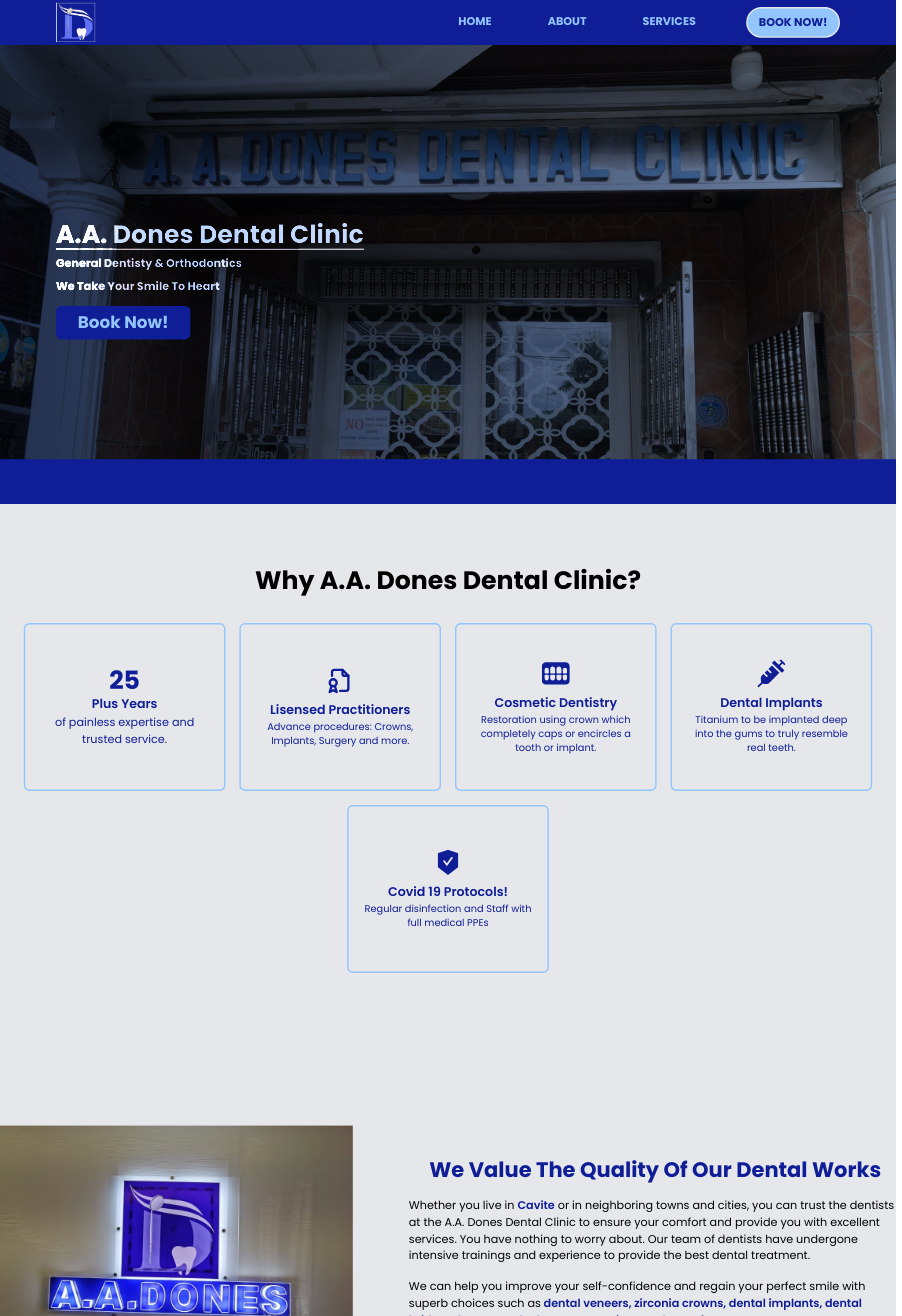
Repository: tom-abella/Dental-Clinic-Scheduler
Page: /
An editor plug-in stored every save of this project. The page is shown before and after a run of saves, followed by the edit.
The browser window is 1280 px wide. The page is 1288 px wide, so the pictures cover 1288 px, including what lies to the right of the window. The pictures show the part of the page from y = 0 to 1880 px (the page is 3264 px tall), at 70% of full size.
The project was rebuilt for these pictures with package versions that can differ from the ones it lists, and the page was loaded fresh each time. Also part of the build but not shown: vite.config.js.

Above is the page before, as saved 2023-06-16 12:53:35.

After the next 2 saves:
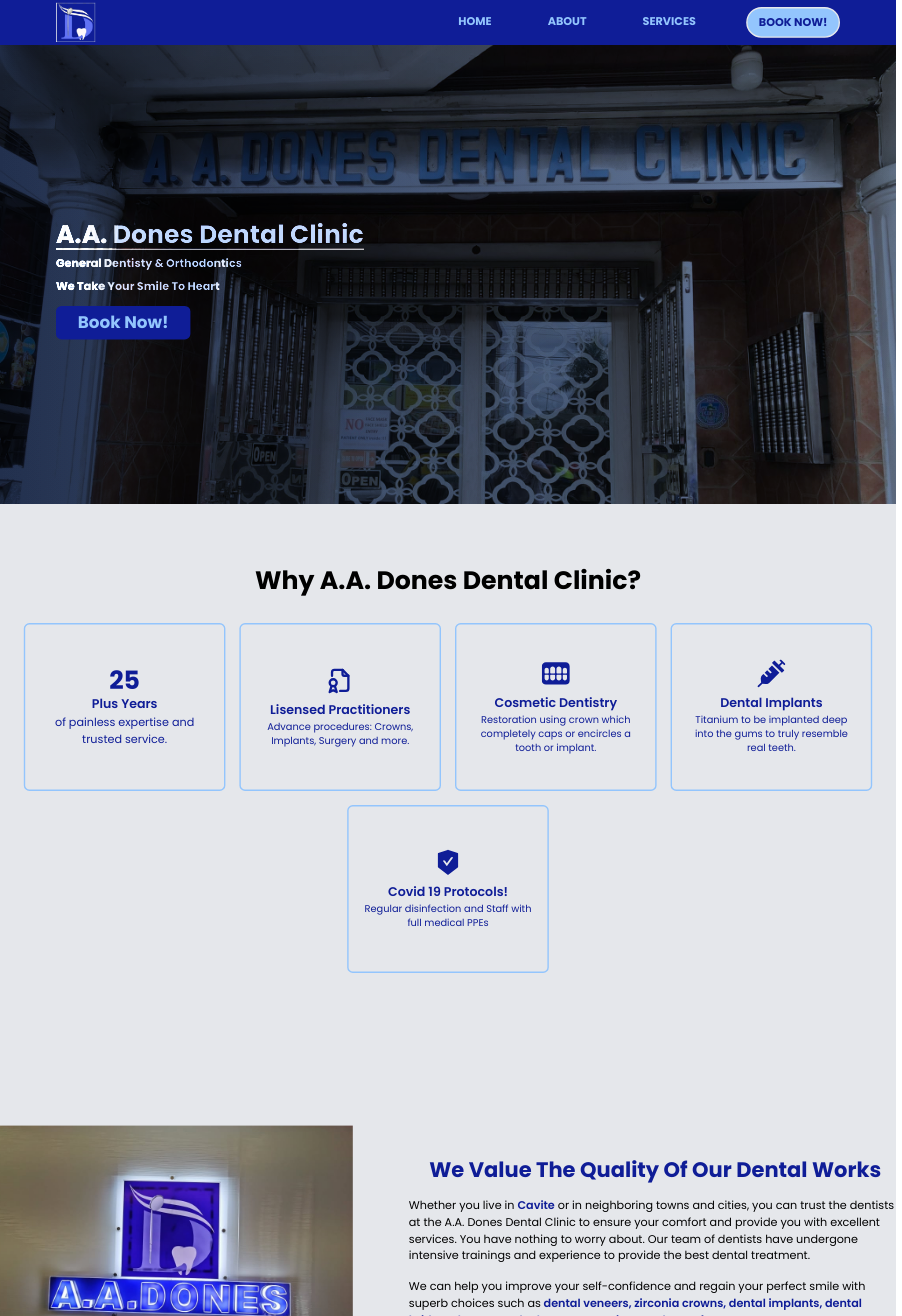
The 2 saves are shown as one change because they came seconds apart.
The last was saved 9 s later.
--- a/src/components/NavigationBar.jsx
+++ b/src/components/NavigationBar.jsx
@@ -20,9 +20,9 @@ export default function NavigationBar(){
                 <Link to ="contact"spy={true} smooth={true} duration={500}><li className="cursor-pointer hover:text-blue-300 hover:bg-darkBlue hidden md:flex border-2 p-2 rounded-full px-1 lg:px-4 bg-blue-300 text-darkBlue">book now!</li></Link>
             </ul>
             </div>
-            <div className=" flex items-center justify-center md:justify-between px-4 sm:px-20 h-16 w-full fixed bottom-0 z-20 bg-darkBlue"
+            <div className="  md:hidden flex items-center justify-center md:justify-between px-4 sm:px-20 h-16 w-full fixed bottom-0 z-20 bg-darkBlue"
         >
-            <ul className="flex  md:hidden gap-5 uppercase text-blue-300 font-bold">
+            <ul className="flex  gap-5 uppercase text-blue-300 font-bold">
             <Link to ="home"spy={true} smooth={true} duration={500}>
                 <li className="cursor-pointer hover:text-blue-100 p-2 flex flex-col text-xs items-center justify-center">
                 <FaHome size={35}/>
